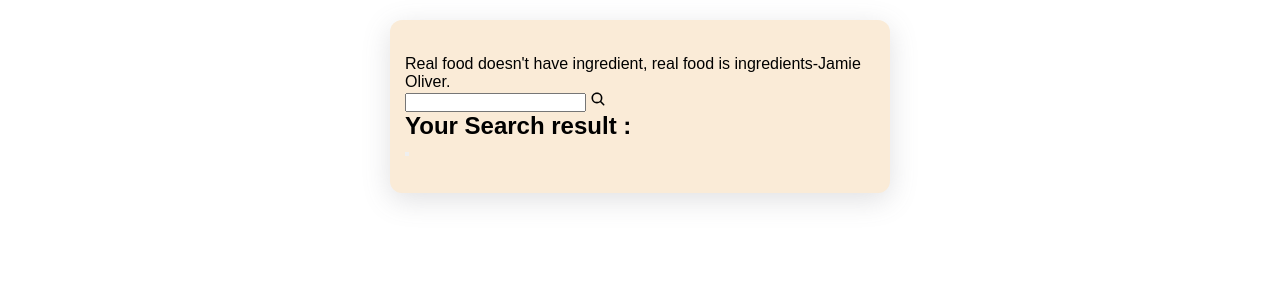
Repository: andrewhuynh561/javascipt
Page: Day 1/index.html
These files come from the project's save history. The page is drawn as it stood at one moment and after the next save; the edit follows.
The browser window is 1280 px wide. The pictures show the whole page.

Above is the page before, as saved 2023-05-17 21:41:09.

### Day 1/index.html
<!DOCTYPE html>
<html lang="en">
<head>
    <meta charset="UTF-8">
    <meta http-equiv="X-UA-Compatible" content="IE=edge">
    <meta name="viewport" content="width=device-width, initial-scale=1.0">
    <title>Find Meal For Your Ingredient</title>
    <link rel="stylesheet" href="style.css">
    <link rel="preconnect" href="https://fonts.googleapis.com">
    <link rel="preconnect" href="https://fonts.gstatic.com" crossorigin>
    <script type="module" src="https://unpkg.com/ionicons@7.1.0/dist/ionicons/ionicons.esm.js"></script>
    <script nomodule src="https://unpkg.com/ionicons@7.1.0/dist/ionicons/ionicons.js"></script>
    <link href="https://fonts.googleapis.com/css2?family=Rubik:ital,wght@0,300;0,500;0,600;1,300&display=swap" rel="stylesheet">
</head>
<body>
    <div class="container">
        <div class="meal-wrapper">
            <p>Real food doesn't have ingredient, real food is ingredients-Jamie Oliver.</p>
            <div class="search-bar">
                <input type="search" class="search">
                <ion-icon name="search"></ion-icon>
            </div>
        </div>
        <div class="meal-result">
            <h2 class="title">Your Search result :</h2>
            <div class="meal" id="meal">
                <!-- meal item -->
          <!-- <div class = "meal-item">
            <div class = "meal-img">
              <img src = "food.jpg" alt = "food">
            </div>
            <div class = "meal-name">
              <h3>Potato Chips</h3>
              <a href = "#" class = "recipe-btn">Get Recipe</a>
            </div>
          </div> -->
          <!-- end of meal item -->
            </div>
            <div class="meal-detail" id="meal-detail">
                <button class="btn ">

                </button>

                <div class="meal-content">
                    <!-- <h2 class = "recipe-title">Meals Name Here</h2>
          <p class = "recipe-category">Category Name</p>
          <div class = "recipe-instruct">
            <h3>Instructions:</h3>
            <p>Lorem ipsum, dolor sit amet consectetur adipisicing elit. Quo blanditiis quis accusantium natus! Porro, reiciendis maiores molestiae distinctio veniam ratione ex provident ipsa, soluta suscipit quam eos velit autem iste!</p>
            <p>Lorem ipsum dolor sit amet consectetur adipisicing elit. Amet aliquam voluptatibus ad obcaecati magnam, esse numquam nisi ut adipisci in?</p>
          </div>
          <div class = "recipe-meal-img">
            <img src = "food.jpg" alt = "">
          </div>
          <div class = "recipe-link">
            <a href = "#" target = "_blank">Watch Video</a>
          </div> -->
                </div>
            </div>
        </div>
    </div>

<script src="app.js"></script>
</body>
</html>

### Day 1/style.css
*{
    margin: 0;
    padding: 0;
    box-sizing: border-box;
}
body {
    font-family: "Poppins", sans-serif;
    padding: 20px;
  }
:root{
    --tenne-tawny: #d65108;
    --tenne-tawny-dark: #b54507;
}
.container{
    max-width: 500px;
    margin: 0 auto;
    border-radius: 12px;
    background-color: antiquewhite;
    box-shadow: rgba(100, 100, 111, 0.2) 0px 7px 29px 0px;
    padding: 35px 15px 35px;

}

Loaded but not shown: Day 1/app.js (no copy from this time; the picture is the same without it)

After the next save:
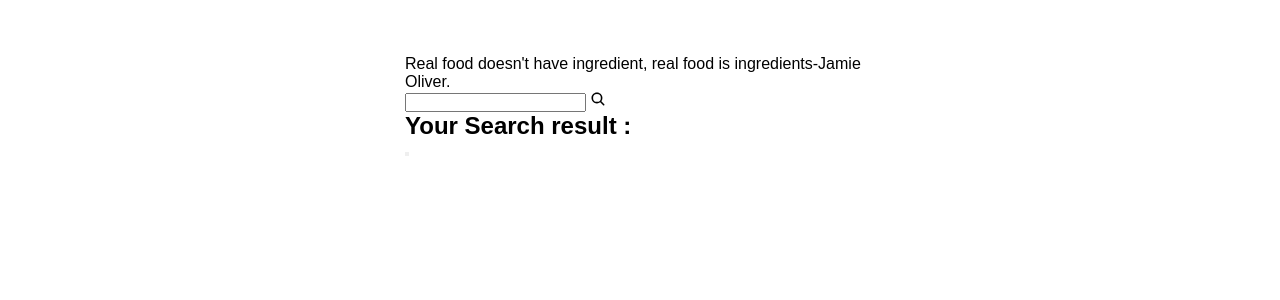
Saved 53 s later.
--- a/Day 1/style.css
+++ b/Day 1/style.css
@@ -15,7 +15,7 @@ body {
     max-width: 500px;
     margin: 0 auto;
     border-radius: 12px;
-    background-color: antiquewhite;
+    background-color: white
     box-shadow: rgba(100, 100, 111, 0.2) 0px 7px 29px 0px;
     padding: 35px 15px 35px;
 
